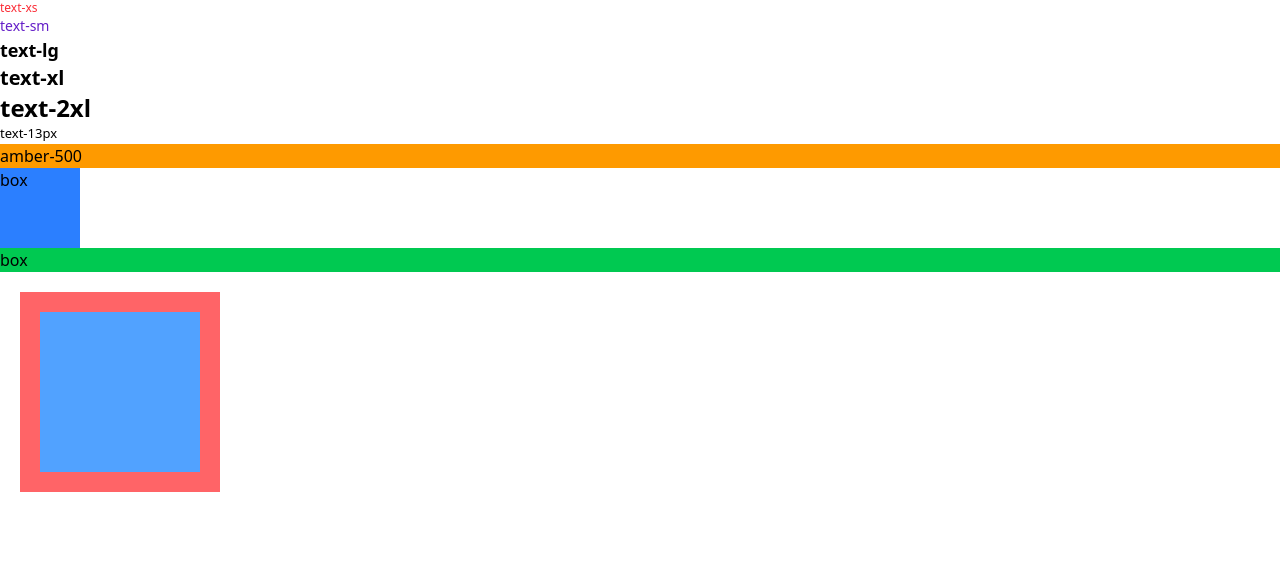
Repository: kkhhjjoo/onebite-tailwind
Page: /
The author's editor kept a copy of each file at every save. The page is drawn from the files as they stood at one save, then again after the next save.
The browser window is 1280 px wide. The pictures show the whole page.
The project was rebuilt for these pictures with package versions that can differ from the ones it lists, and the page was loaded fresh each time. Also part of the build but not shown: vite.config.ts, src/App.css.

Above is the page before, as saved 2025-12-24 19:51:23.

After the next save:
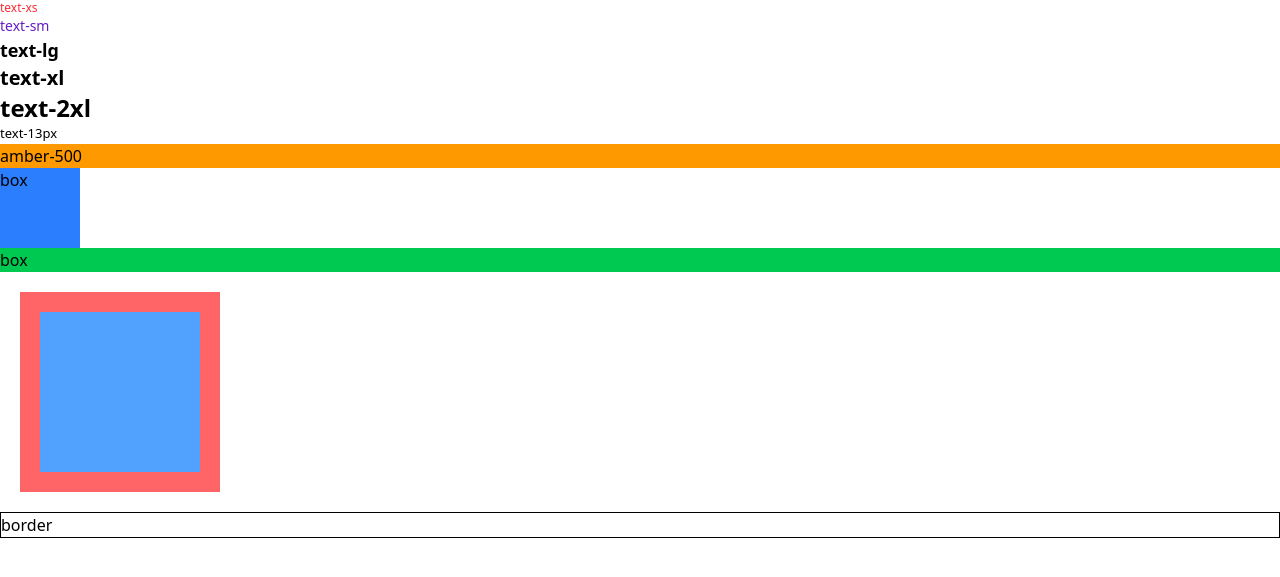
Saved 106 s later.
--- a/src/App.tsx
+++ b/src/App.tsx
@@ -25,6 +25,7 @@ function App() {
       </div>
 
       {/* 5. 보더 */}
+      <div className="border">border</div>
     </div>
   );
 }
